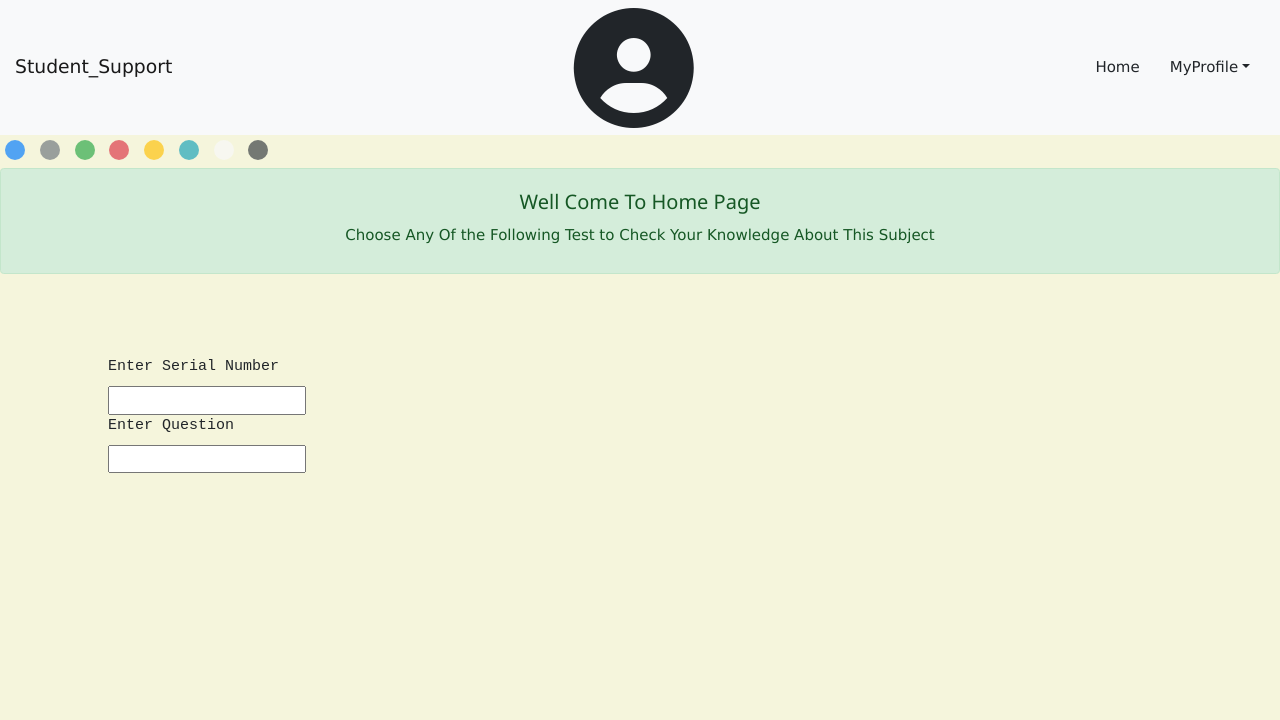
Repository: FeelHack/STUDENT-EXAMINATION-SYSTEM
Page: http://localhost/Exam_System/Admin/CreateQuestion.jsp
An editor plug-in stored every save of this project. The page is shown before and after the next save, followed by the edit.
The browser window is 1280 px wide. The pictures show the whole page.
Some web libraries are served in a nearby version. The page is served by Tomcat 9.

Above is the page before, as saved 2020-03-10 14:20:49.

After the next save:
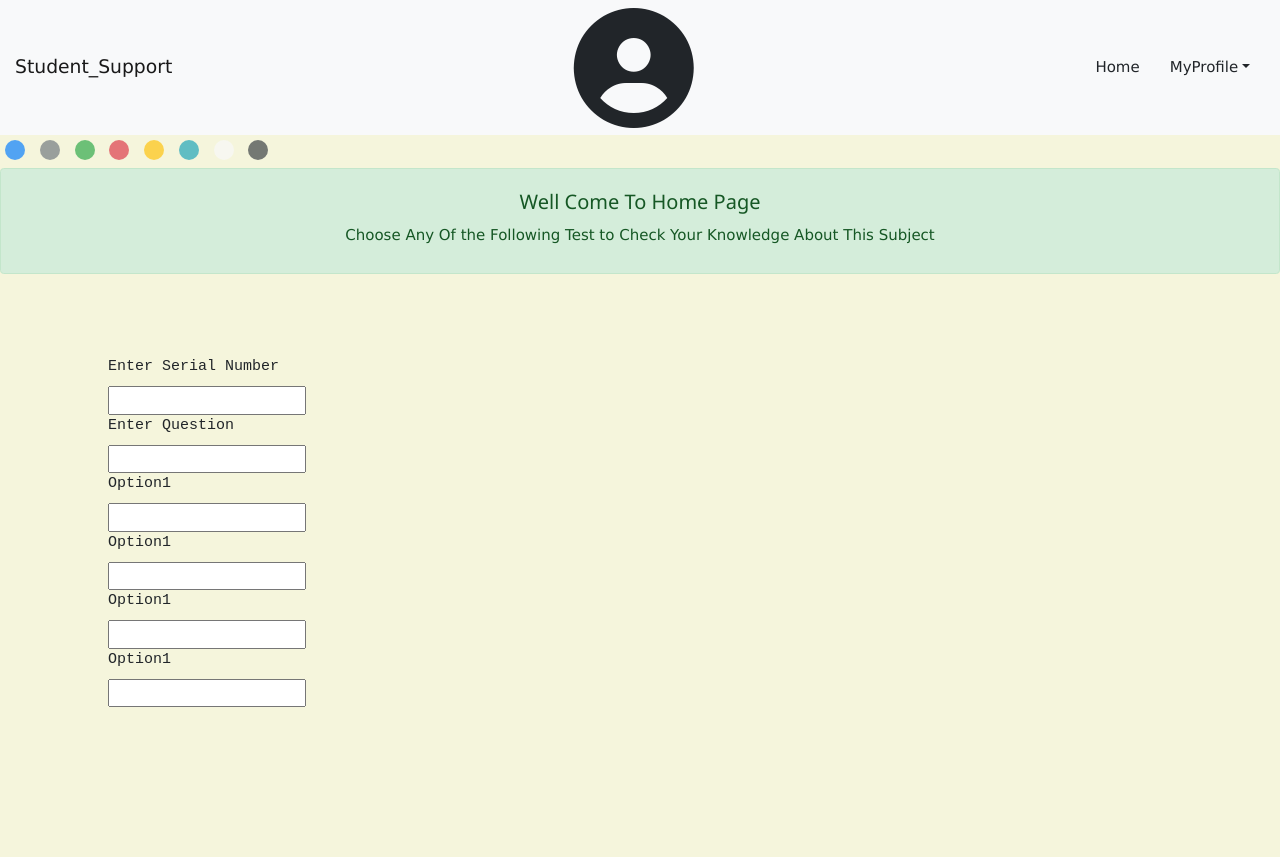
Saved 93 s later.
--- a/Exam System/WebContent/Admin/CreateQuestion.jsp
+++ b/Exam System/WebContent/Admin/CreateQuestion.jsp
@@ -20,6 +20,16 @@
             <input type="text" name="Sl">
             <label>Enter Question</label>
             <input type="text" name="Question">
+            <label>Option1</label>
+            <input type="text" name="Op1">
+            <label>Option1</label>
+            <input type="text" name="Op2">
+            <label>Option1</label>
+            <input type="text" name="Op3">
+            <label>Option1</label>
+            <input type="text" name="Op4">
+
+
 
             </form>
         </pre>
